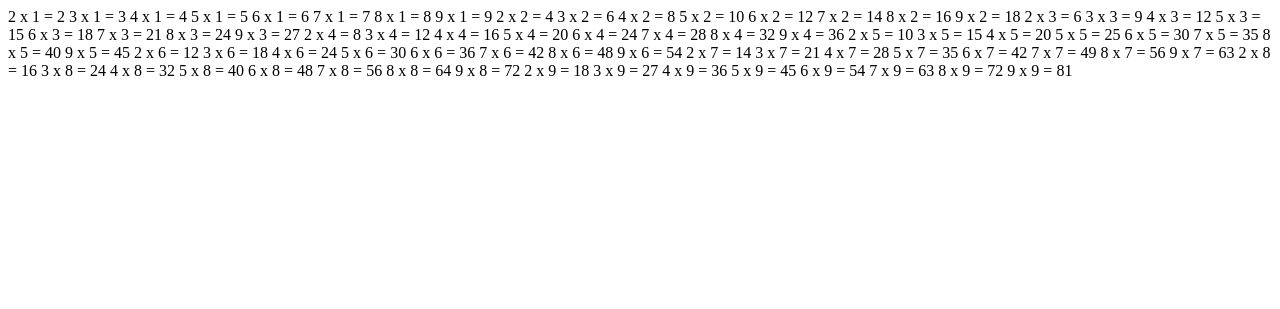
Repository: 5anniversary/JSPhw
Page: http://localhost/lecture1/gugu1.jsp
The author's editor kept a copy of each file at every save. The page is drawn from the files as they stood at one save, then again after the next save.
The browser window is 1280 px wide. The pictures show the whole page.
The page is served by Tomcat 9.

Above is the page before, as saved 2020-04-11 12:00:47.

After the next save:
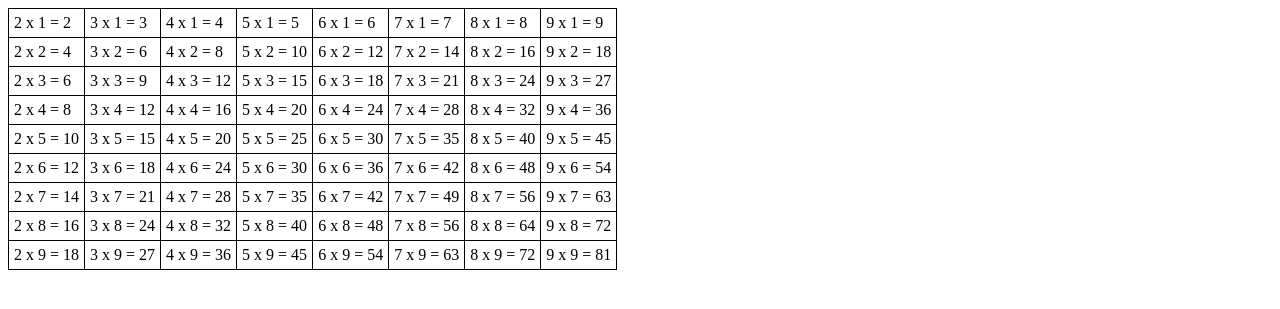
Saved 15 s later.
--- a/lecture1/WebContent/gugu1.jsp
+++ b/lecture1/WebContent/gugu1.jsp
@@ -17,6 +17,7 @@ tr, td {
 <title>Insert title here</title>
 </head>
 <body>
+<table>
 	<%
 		for (int i = 1; i < 10; i++) {
 			out.println("<tr>");
@@ -28,6 +29,6 @@ tr, td {
 			out.println("</tr>");
 		}
 	%>
-
+</table>
 </body>
 </html>
